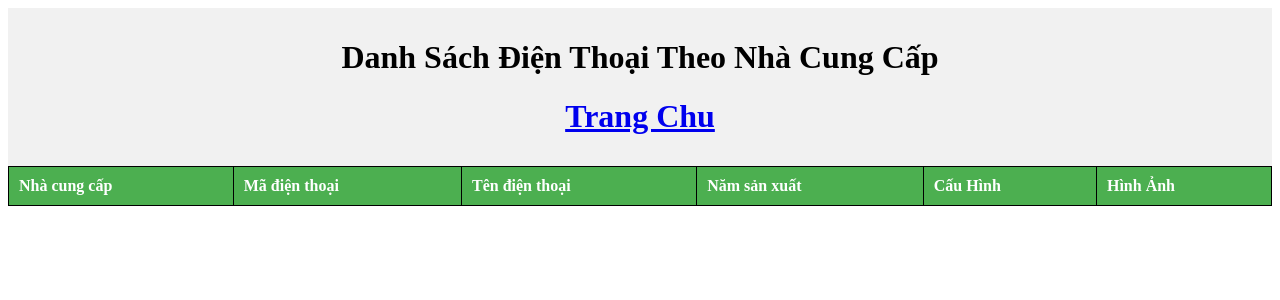
Repository: ducvu2414/WWW_OnGK
Page: http://localhost/Bai1/DanhSachDienThoaiNCC
The author's editor kept a copy of each file at every save. The page is drawn from the files as they stood at one save, then again after the next save.
The browser window is 1280 px wide. The pictures show the whole page.
The page is served by Tomcat 10. Other server files are loaded and not shown. Queries for data that is not in the repository find no rows.

Above is the page before, as saved 2024-10-05 05:43:31.

### Bai1/src/main/webapp/DanhSachDienThoaiNCC.jsp
<%@ page contentType="text/html;charset=UTF-8" language="java"%>
<%@ taglib uri="http://java.sun.com/jsp/jstl/core" prefix="c"%>
<%@ page import="java.util.List"%>
<%@ page import="entities.NhaCungCap"%>
<%@ page import="entities.DienThoai"%>

<html>
<head>
<title>Danh Sách Điện Thoại Nhà Cung Cấp</title>
<style type="text/css">
table {
	border-collapse: collapse;
	width: 100%;
}

table, th, td {
	border: 1px solid black;
}

th, td {
	padding: 10px;
	text-align: left;
}

th {
	background-color: #4CAF50;
	color: white;
}

#header {
	background-color: #f1f1f1;
	text-align: center;
	padding: 10px;
}
</style>
</head>
<body>
	<div id="header">
		<h1>Danh Sách Điện Thoại Theo Nhà Cung Cấp</h1>

		<h1>
			<a href="${pageContext.request.contextPath}">Trang Chu</a>
		</h1>
	</div>


	<table border="1">
		<thead>
			<tr>
				<th>Nhà cung cấp</th>
				<th>Mã điện thoại</th>
				<th>Tên điện thoại</th>
				<th>Năm sản xuất</th>
				<th>Cấu Hình</th>
				<th>Hình Ảnh</th>
			</tr>
		</thead>

		<tbody>
			<c:forEach var="dt" items="${nhaCungCapDienThoais}">
				<tr>
					<td>${dt.nhaCungCap.id}</td>
					<td>${dt.id}</td>
					<td>${dt.tenDT}</td>
					<td>${dt.namSanXuat}</td>
					<td>${dt.cauHinh}</td>
					<td><img
						src="${pageContext.request.contextPath}/resources/images/${dt.hinhAnh}"
						alt="news" /></td>
				</tr>
			</c:forEach>
		</tbody>
	</table>
</body>
</html>

### Bai1/src/main/java/controller/DanhSachDienThoaiNCCServlet.java
package controller;

import jakarta.annotation.Resource;
import jakarta.servlet.ServletConfig;
import jakarta.servlet.ServletException;
import jakarta.servlet.annotation.WebServlet;
import jakarta.servlet.http.HttpServlet;
import jakarta.servlet.http.HttpServletRequest;
import jakarta.servlet.http.HttpServletResponse;
import java.io.IOException;
import java.util.List;
import java.util.Map;

import javax.sql.DataSource;

import dao.DienThoaiDAO;
import dao.NhaCungCapDAO;
import daoImpl.DienThoaiDAOImpl;
import daoImpl.NhaCungCapDAOImpl;
import entities.DienThoai;
import entities.NhaCungCap;

/**
 * Servlet implementation class DanhSachDienThoaiNCCServlet
 */
public class DanhSachDienThoaiNCCServlet extends HttpServlet {
	private static final long serialVersionUID = 1L;

	@Resource(name = "jdbc/quanlydienthoai")
	private DataSource dataSource;
	private DienThoaiDAO dienThoaiDAO;
	private NhaCungCapDAO nhaCungCapDAO;

	/**
	 * @see HttpServlet#HttpServlet()
	 */
	public DanhSachDienThoaiNCCServlet() {
		super();
		// TODO Auto-generated constructor stub
	}

	@Override
	public void init(ServletConfig config) throws ServletException {
		// TODO Auto-generated method stub
		super.init(config);
		dienThoaiDAO = new DienThoaiDAOImpl(this.dataSource);
		nhaCungCapDAO = new NhaCungCapDAOImpl(this.dataSource);
	}

	/**
	 * @see HttpServlet#doGet(HttpServletRequest request, HttpServletResponse
	 *      response)
	 */
	protected void doGet(HttpServletRequest request, HttpServletResponse response)
			throws ServletException, IOException {
		DienThoaiDAO dienThoaiDAO = new DienThoaiDAOImpl(dataSource);
		List<DienThoai> nhaCungCapDienThoais = dienThoaiDAO.getTatCaDienThoaiNhomTheoNhaCungCap();

		nhaCungCapDienThoais.forEach(dt -> {
			System.out.println(dt.toString());
		});
		request.setAttribute("nhaCungCapDienThoais", nhaCungCapDienThoais);
		request.getRequestDispatcher("/DanhSachDienThoaiNCC.jsp").forward(request, response);
	}

	/**
	 * @see HttpServlet#doPost(HttpServletRequest request, HttpServletResponse
	 *      response)
	 */
	protected void doPost(HttpServletRequest request, HttpServletResponse response)
			throws ServletException, IOException {
		// TODO Auto-generated method stub
		doGet(request, response);
	}

}

### Bai1/src/main/java/daoImpl/DienThoaiDAOImpl.java
package daoImpl;

import java.sql.Connection;
import java.sql.PreparedStatement;
import java.sql.ResultSet;
import java.util.ArrayList;
import java.util.HashMap;
import java.util.List;
import java.util.Map;
import java.util.Optional;

import javax.sql.DataSource;

import dao.DienThoaiDAO;
import dao.NhaCungCapDAO;
import entities.DienThoai;
import entities.NhaCungCap;

public class DienThoaiDAOImpl implements DienThoaiDAO {
	private DataSource dataSource;
	private NhaCungCapDAO nhaCungCapDAO;

	public DienThoaiDAOImpl(DataSource dataSource) {
		super();
		this.dataSource = dataSource;
		nhaCungCapDAO = new NhaCungCapDAOImpl(this.dataSource);
	}

	@Override
	public boolean addDienThoai(DienThoai dt) {
		String sql = "INSERT INTO DIENTHOAI (TENDT, NAMSANXUAT, CAUHINH, MANCC, HINHANH) VALUES (?, ?, ?, ?, ?)";
		try (Connection con = this.dataSource.getConnection(); PreparedStatement ps = con.prepareStatement(sql)) {
			ps.setString(1, dt.getTenDT());
			ps.setInt(2, dt.getNamSanXuat());
			ps.setString(3, dt.getCauHinh());
			ps.setInt(4, dt.getNhaCungCap().getId());
			ps.setString(5, dt.getHinhAnh());

			int rowsInserted = ps.executeUpdate();
			return rowsInserted > 0;
		} catch (Exception e) {
			e.printStackTrace();
			return false;
		}
	}

	@Override
	public boolean updateDienThoai(DienThoai dt) {
		String sql = "UPDATE DIENTHOAI SET TENDT=?, NAMSANXUAT=?, CAUHINH=?, MANCC=?, HINHANH=? WHERE MADT=?";
		try (Connection con = this.dataSource.getConnection(); PreparedStatement ps = con.prepareStatement(sql)) {
			ps.setString(1, dt.getTenDT());
			ps.setInt(2, dt.getNamSanXuat());
			ps.setString(3, dt.getCauHinh());
			ps.setInt(4, dt.getNhaCungCap().getId());
			ps.setString(5, dt.getHinhAnh());
			ps.setLong(6, dt.getId());

			int rowsUpdated = ps.executeUpdate();
			return rowsUpdated > 0;
		} catch (Exception e) {
			e.printStackTrace();
			return false;
		}
	}

	@Override
	public boolean deleteDienThoai(long maDienThoai) {
		String sql = "DELETE FROM DIENTHOAI WHERE MADT=?";
		try (Connection con = this.dataSource.getConnection(); PreparedStatement ps = con.prepareStatement(sql)) {
			ps.setLong(1, maDienThoai);

			int rowsDeleted = ps.executeUpdate();
			return rowsDeleted > 0;
		} catch (Exception e) {
			e.printStackTrace();
			return false;
		}
	}

	@Override
	public Optional<DienThoai> getDienThoai(long maDienThoai) {
		String sql = "SELECT * FROM DIENTHOAI WHERE MADT=?";
		try (Connection con = this.dataSource.getConnection(); PreparedStatement ps = con.prepareStatement(sql)) {
			ps.setLong(1, maDienThoai);
			try (ResultSet rs = ps.executeQuery()) {
				if (rs.next()) {
					DienThoai dienThoai = new DienThoai();
					dienThoai.setId(rs.getLong("MADT"));
					dienThoai.setTenDT(rs.getString("TENDT"));
					dienThoai.setNamSanXuat(rs.getInt("NAMSANXUAT"));
					dienThoai.setCauHinh(rs.getString("CAUHINH"));

					int maNCC = rs.getInt("MANCC");
					NhaCungCap nhaCungCap = nhaCungCapDAO.getNhaCungCap(maNCC).get();
					dienThoai.setNhaCungCap(nhaCungCap);
					dienThoai.setHinhAnh(rs.getString("HINHANH"));
					return Optional.of(dienThoai);
				}
			}
		} catch (Exception e) {
			e.printStackTrace();
		}
		return Optional.empty();
	}

	@Override
	public List<DienThoai> getAllDienThoai() {
		String sql = "SELECT * FROM DIENTHOAI";
		List<DienThoai> dienThoais = new ArrayList<>();
		try (Connection con = this.dataSource.getConnection();
				PreparedStatement ps = con.prepareStatement(sql);
				ResultSet rs = ps.executeQuery()) {
			while (rs.next()) {
				DienThoai dienThoai = new DienThoai();
				dienThoai.setId(rs.getLong("MADT"));
				dienThoai.setTenDT(rs.getString("TENDT"));
				dienThoai.setNamSanXuat(rs.getInt("NAMSANXUAT"));
				dienThoai.setCauHinh(rs.getString("CAUHINH"));
				int maNCC = rs.getInt("MANCC");
				NhaCungCap nhaCungCap = nhaCungCapDAO.getNhaCungCap(maNCC).get();
				dienThoai.setNhaCungCap(nhaCungCap);
				dienThoai.setHinhAnh(rs.getString("HINHANH"));
				dienThoais.add(dienThoai);
			}
		} catch (Exception e) {
			e.printStackTrace();
		}
		return dienThoais;
	}

	@Override
	public List<DienThoai> getDienThoaiByMaNhaCungCap(int maNhaCungCap) {
		String sql = "SELECT * FROM DIENTHOAI WHERE MANCC=?  GROUP BY MANCC;" + "";
		List<DienThoai> dienThoais = new ArrayList<>();
		try (Connection con = this.dataSource.getConnection(); PreparedStatement ps = con.prepareStatement(sql)) {
			ps.setInt(1, maNhaCungCap);
			try (ResultSet rs = ps.executeQuery()) {
				while (rs.next()) {
					DienThoai dienThoai = new DienThoai();
					dienThoai.setId(rs.getLong("MADT"));
					dienThoai.setTenDT(rs.getString("TENDT"));
					dienThoai.setNamSanXuat(rs.getInt("NAMSANXUAT"));
					dienThoai.setCauHinh(rs.getString("CAUHINH"));
					int maNCC = rs.getInt("MANCC");
					NhaCungCap nhaCungCap = nhaCungCapDAO.getNhaCungCap(maNCC).get();
					dienThoai.setNhaCungCap(nhaCungCap);
					dienThoai.setHinhAnh(rs.getString("HINHANH"));
					dienThoais.add(dienThoai);
				}
			}
		} catch (Exception e) {
			e.printStackTrace();
		}
		return dienThoais;
	}

	@Override
	public List<DienThoai> getTatCaDienThoaiNhomTheoNhaCungCap() {
		String sql = "SELECT dt.MANCC,dt.MADT, dt.TENDT,dt.NAMSANXUAT,dt.CAUHINH,dt.HINHANH FROM dienthoai dt Order By MANCC";
		List<DienThoai> dienThoais = new ArrayList<>();
		try (Connection con = this.dataSource.getConnection();
				PreparedStatement ps = con.prepareStatement(sql);
				ResultSet rs = ps.executeQuery()) {
			while (rs.next()) {
				DienThoai dienThoai = new DienThoai();
				dienThoai.setId(rs.getLong("MADT"));
				dienThoai.setTenDT(rs.getString("TENDT"));
				dienThoai.setNamSanXuat(rs.getInt("NAMSANXUAT"));
				dienThoai.setCauHinh(rs.getString("CAUHINH"));
				int maNCC = rs.getInt("MANCC");
				NhaCungCap nhaCungCap = nhaCungCapDAO.getNhaCungCap(maNCC).get();
				dienThoai.setNhaCungCap(nhaCungCap);
				dienThoai.setHinhAnh(rs.getString("HINHANH"));
				dienThoais.add(dienThoai);
			}

		} catch (Exception e) {
			// TODO: handle exception
			e.printStackTrace();
		}
		return dienThoais;
	}

}

### Bai1/src/main/java/daoImpl/NhaCungCapDAOImpl.java
package daoImpl;

import java.sql.Connection;
import java.sql.PreparedStatement;
import java.sql.ResultSet;
import java.util.ArrayList;
import java.util.List;
import java.util.Optional;

import javax.sql.DataSource;

import dao.NhaCungCapDAO;
import entities.NhaCungCap;

public class NhaCungCapDAOImpl implements NhaCungCapDAO {

	private DataSource dataSource;

	public NhaCungCapDAOImpl(DataSource dataSource) {
		super();
		this.dataSource = dataSource;
	}

	@Override
	public List<NhaCungCap> getAllNhaCungCap() {

		// TODO Auto-generated method stub
		String sql = "Select * from NhaCungCap";
		List<NhaCungCap> nhaCungCaps = new ArrayList<NhaCungCap>();
		try (Connection con = this.dataSource.getConnection();
				PreparedStatement ps = (PreparedStatement) con.prepareStatement(sql);
				ResultSet rs = ps.executeQuery();) {
			while (rs.next()) {
				NhaCungCap nhaCungCap = new NhaCungCap();

				int maNhaCungCap = rs.getInt("MANCC");
				String tenNhaCungCap = rs.getString("TENNHACC");
				String diaChi = rs.getString("DIACHI");
				String soDienThoai = rs.getString("SODIENTHOAI");
				nhaCungCap.setDiaChi(diaChi);
				nhaCungCap.setId(maNhaCungCap);
				nhaCungCap.setSoDienThoai(soDienThoai);
				nhaCungCap.setTenNhaCC(tenNhaCungCap);
				nhaCungCaps.add(nhaCungCap);
			}
		} catch (Exception e) {
			// TODO: handle exception
			e.printStackTrace();
		}
		return nhaCungCaps;
	}

	@Override
	public Optional<NhaCungCap> getNhaCungCap(int maNhaCungCap) {
		// TODO Auto-generated method stub
		String sql = "Select * from NhaCungCap where MANCC=?";

		try (Connection con = this.dataSource.getConnection();
				PreparedStatement ps = (PreparedStatement) con.prepareStatement(sql);) {
			ps.setInt(1, maNhaCungCap);
			try (ResultSet rs = ps.executeQuery();) {
				if (rs.next()) {
					NhaCungCap nhaCungCap = new NhaCungCap();
					String tenNhaCungCap = rs.getString("TENNHACC");
					String diaChi = rs.getString("DIACHI");
					String soDienThoai = rs.getString("SODIENTHOAI");
					nhaCungCap.setDiaChi(diaChi);
					nhaCungCap.setId(maNhaCungCap);
					nhaCungCap.setSoDienThoai(soDienThoai);
					nhaCungCap.setTenNhaCC(tenNhaCungCap);
					return Optional.of(nhaCungCap);
				}
			}
		} catch (Exception e) {
			// TODO: handle exception
			e.printStackTrace();
		}
		return Optional.empty();
	}

	@Override
	public boolean addNhaCungCap(NhaCungCap nhaCungCap) {
		String sql = "INSERT INTO NhaCungCap (MANCC,TENNHACC, DIACHI, SODIENTHOAI) VALUES (?,?, ?, ?)";
		try (Connection con = this.dataSource.getConnection(); PreparedStatement ps = con.prepareStatement(sql)) {
			ps.setInt(1, nhaCungCap.getId());
			ps.setString(2, nhaCungCap.getTenNhaCC());
			ps.setString(3, nhaCungCap.getDiaChi());
			ps.setString(4, nhaCungCap.getSoDienThoai());

			int rowsInserted = ps.executeUpdate();
			return rowsInserted > 0;
		} catch (Exception e) {
			e.printStackTrace();
			return false;
		}
	}

	@Override
	public boolean updateNhaCungCap(NhaCungCap nhaCungCap) {
		String sql = "UPDATE NhaCungCap SET TENNHACC=?, DIACHI=?, SODIENTHOAI=? WHERE MANCC=?";
		try (Connection con = this.dataSource.getConnection(); PreparedStatement ps = con.prepareStatement(sql)) {

			ps.setString(1, nhaCungCap.getTenNhaCC());
			ps.setString(2, nhaCungCap.getDiaChi());
			ps.setString(3, nhaCungCap.getSoDienThoai());
			ps.setInt(4, nhaCungCap.getId());

			int rowsUpdated = ps.executeUpdate();
			return rowsUpdated > 0;
		} catch (Exception e) {
			e.printStackTrace();
			return false;
		}
	}

	@Override
	public boolean deleteNhaCungCap(int maNhaCungCap) {
		String sql = "DELETE FROM NhaCungCap WHERE MANCC=?";
		try (Connection con = this.dataSource.getConnection(); PreparedStatement ps = con.prepareStatement(sql)) {

			ps.setLong(1, maNhaCungCap);

			int rowsDeleted = ps.executeUpdate();
			return rowsDeleted > 0;
		} catch (Exception e) {
			e.printStackTrace();
			return false;
		}
	}

	@Override
	public List<NhaCungCap> getNhaCungCap(String searchTerm) {
		String sql = "SELECT * FROM NhaCungCap WHERE MANCC = ? OR TENNHACC LIKE ? OR DIACHI LIKE ? OR SODIENTHOAI LIKE ?";
		List<NhaCungCap> nhaCungCaps = new ArrayList<>();

		try (Connection con = this.dataSource.getConnection(); PreparedStatement ps = con.prepareStatement(sql)) {

			if (searchTerm.matches("\\d+")) {
				ps.setInt(1, Integer.parseInt(searchTerm));
			} else {
				ps.setNull(1, java.sql.Types.INTEGER);
			}

			String likePattern = "%" + searchTerm + "%";
			ps.setString(2, likePattern);
			ps.setString(3, likePattern);
			ps.setString(4, likePattern);

			try (ResultSet rs = ps.executeQuery()) {
				while (rs.next()) {
					NhaCungCap nhaCungCap = new NhaCungCap();
					nhaCungCap.setId(rs.getInt("MANCC"));
					nhaCungCap.setTenNhaCC(rs.getString("TENNHACC"));
					nhaCungCap.setDiaChi(rs.getString("DIACHI"));
					nhaCungCap.setSoDienThoai(rs.getString("SODIENTHOAI"));
					nhaCungCaps.add(nhaCungCap);
				}
			}
		} catch (Exception e) {
			e.printStackTrace();
		}
		return nhaCungCaps;
	}

}

After the next save:
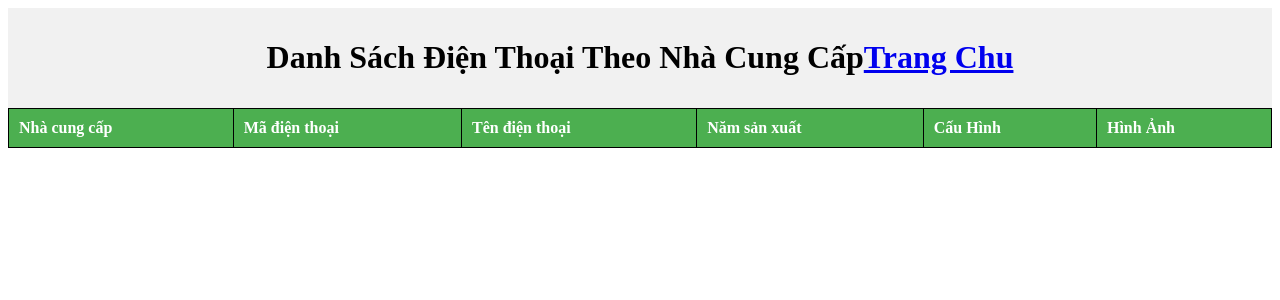
Saved 39 s later.
--- a/Bai1/src/main/webapp/DanhSachDienThoaiNCC.jsp
+++ b/Bai1/src/main/webapp/DanhSachDienThoaiNCC.jsp
@@ -31,6 +31,10 @@ th {
 	background-color: #f1f1f1;
 	text-align: center;
 	padding: 10px;
+	display: flex;
+	flex-direction: row;
+	justify-content: center;
+	align-items: center;
 }
 </style>
 </head>
